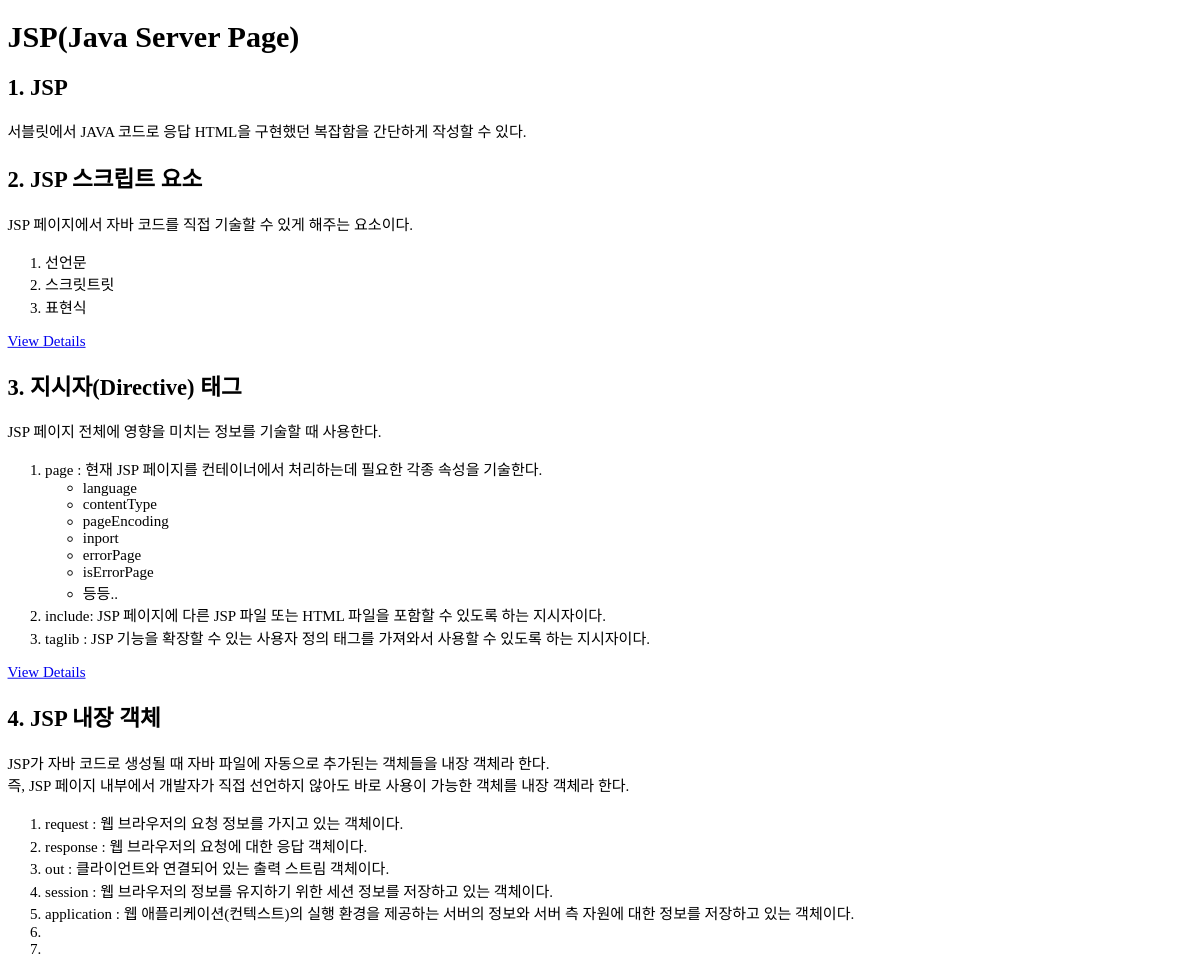
Repository: Parknogyung/Backend
Page: 02_JSP/src/main/webapp/index.html
An editor plug-in stored every save of this project. The page is shown before and after the next save, followed by the edit.
The browser window is 1280 px wide. The pictures show the whole page, at 94% of full size.

Above is the page before, as saved 2022-07-11 00:46:54.

After the next save:
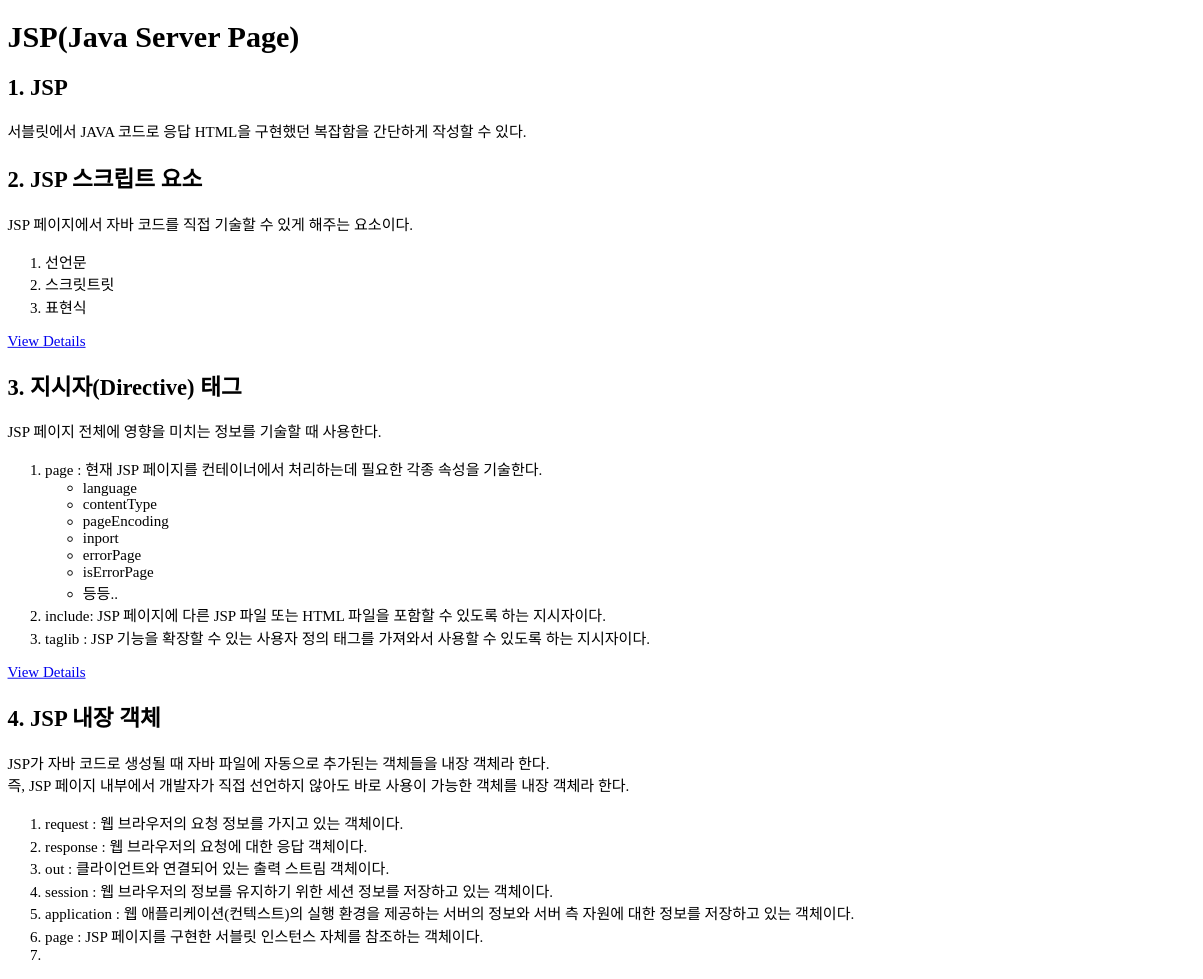
Saved 42 s later.
--- a/02_JSP/src/main/webapp/index.html
+++ b/02_JSP/src/main/webapp/index.html
@@ -60,7 +60,7 @@
 		<li>out : 클라이언트와 연결되어 있는 출력 스트림 객체이다.</li>
 		<li>session : 웹 브라우저의 정보를 유지하기 위한 세션 정보를 저장하고 있는 객체이다.</li>
 		<li>application : 웹 애플리케이션(컨텍스트)의 실행 환경을 제공하는 서버의 정보와 서버 측 자원에 대한 정보를 저장하고 있는 객체이다.</li>
-		<li></li>
+		<li>page : JSP 페이지를 구현한 서블릿 인스턴스 자체를 참조하는 객체이다.</li>
 		<li></li>
 	</ol>
 </body>
